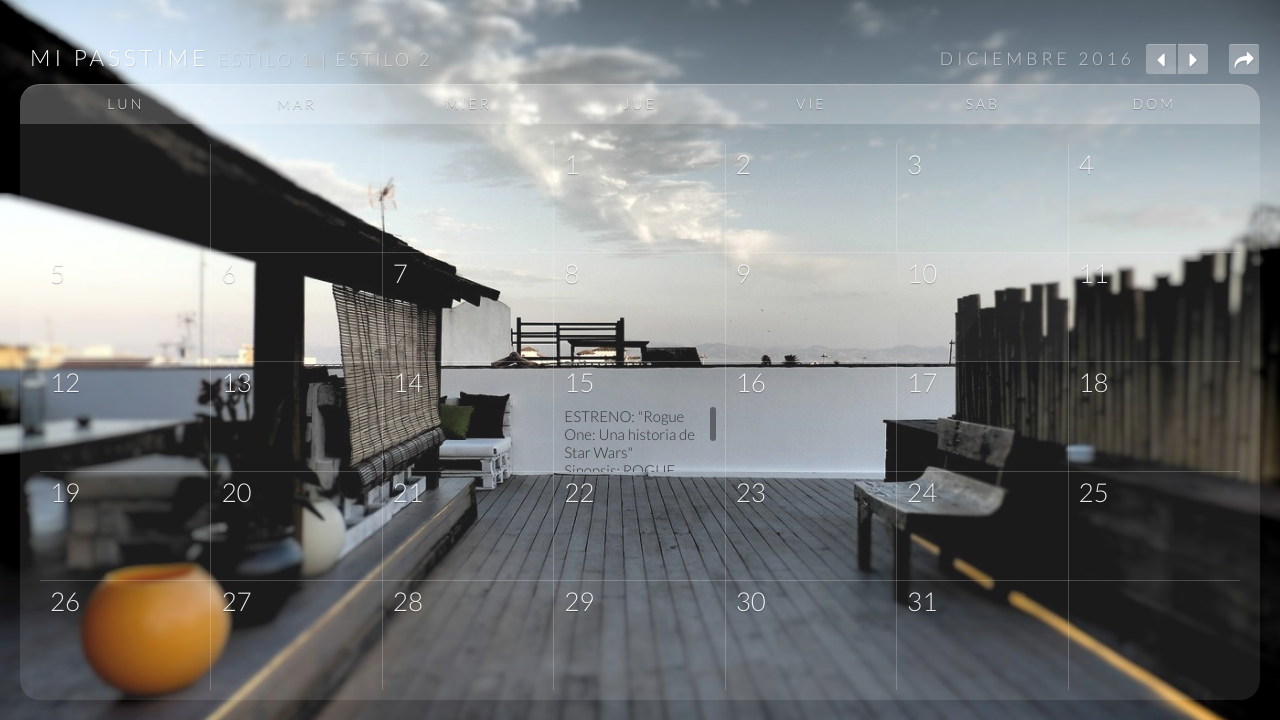
Repository: PassTimeOp/passtimeop.github.io
Page: Calendario/calendario.html
The author's editor kept a record of every edit. The page is drawn from the files as they stood at one moment, then again after the next edit.
The browser window is 1280 px wide. The pictures show the whole page.
Some web libraries are served in a nearby version.

Above is the page before.

After the next edit:
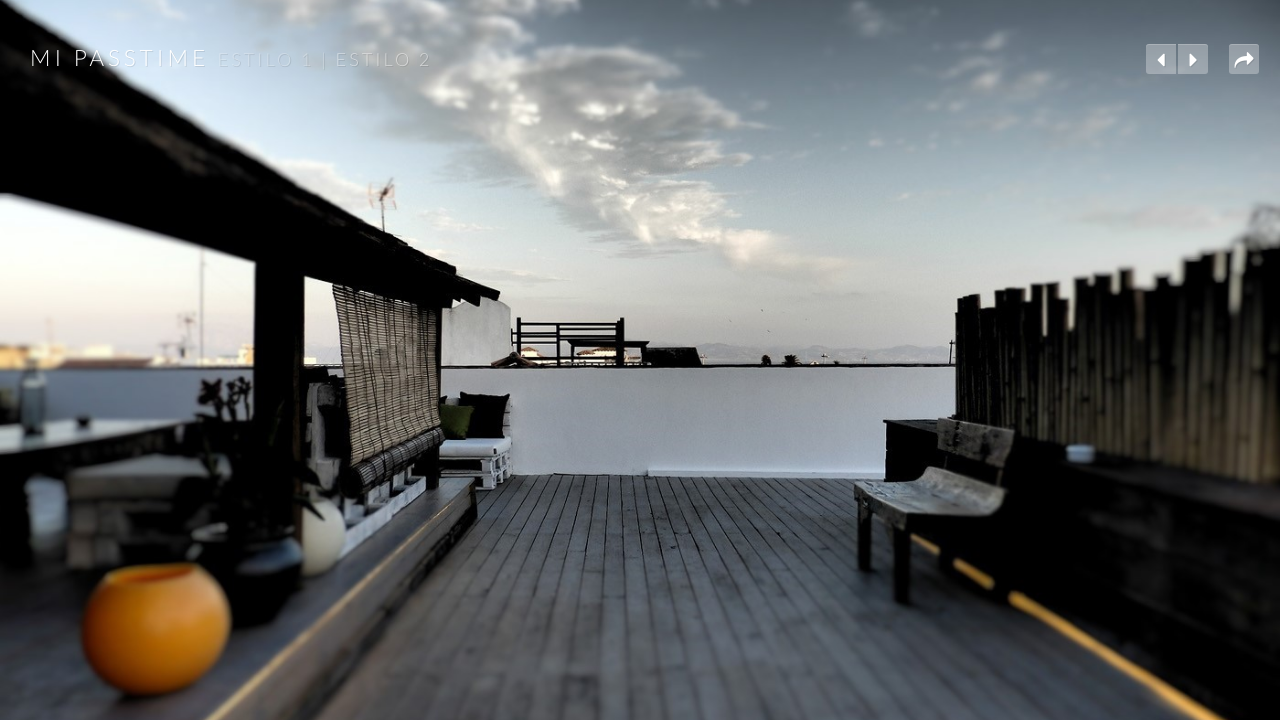
Console error: ReferenceError: edad is not defined
The edit:
--- a/app.js
+++ b/app.js
@@ -1,4 +1,4 @@
-var usuario = function (nombre, correo, edad, contraseña, foto){
+var usuario = function (nombre, correo, contraseña, foto){
     this.nombre = nombre;
     this.correo = correo;
     this.edad = edad;

After the edit that followed:
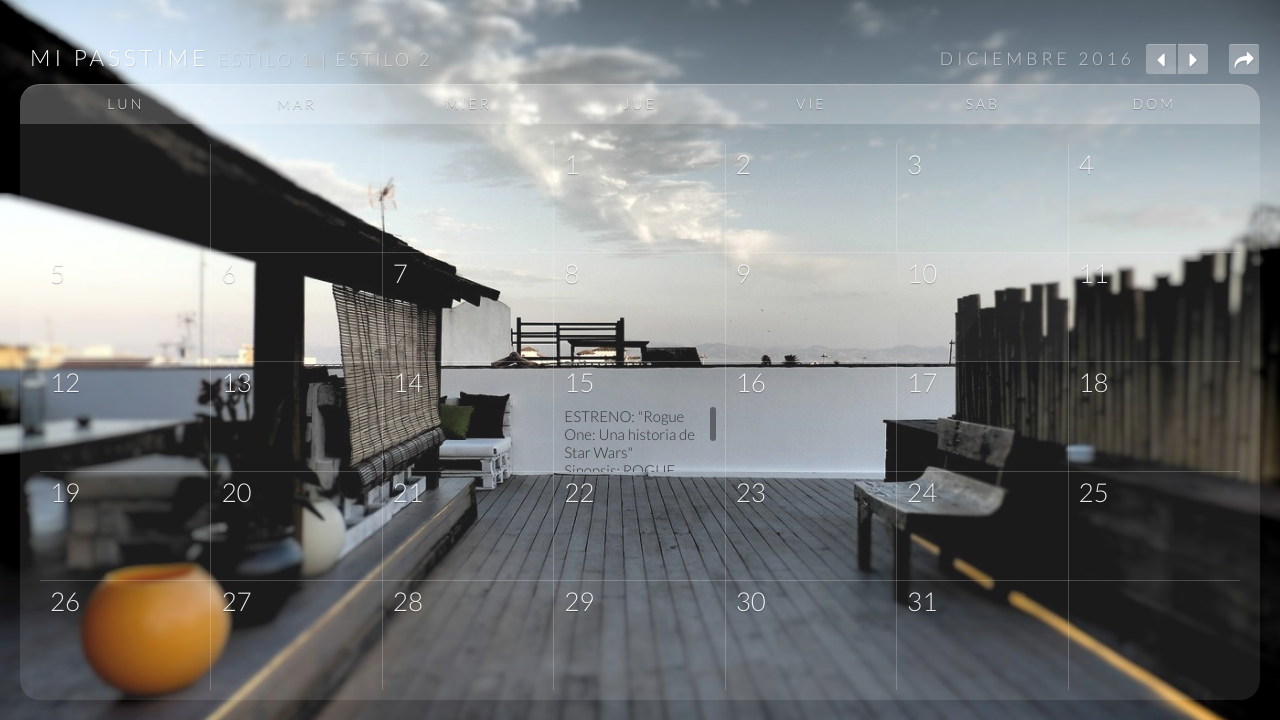
The error is gone.
The edit:
--- a/app.js
+++ b/app.js
@@ -1,7 +1,6 @@
 var usuario = function (nombre, correo, contraseña, foto){
     this.nombre = nombre;
     this.correo = correo;
-    this.edad = edad;
     this.contraseña = contraseña;
     this.foto = foto;
 };
